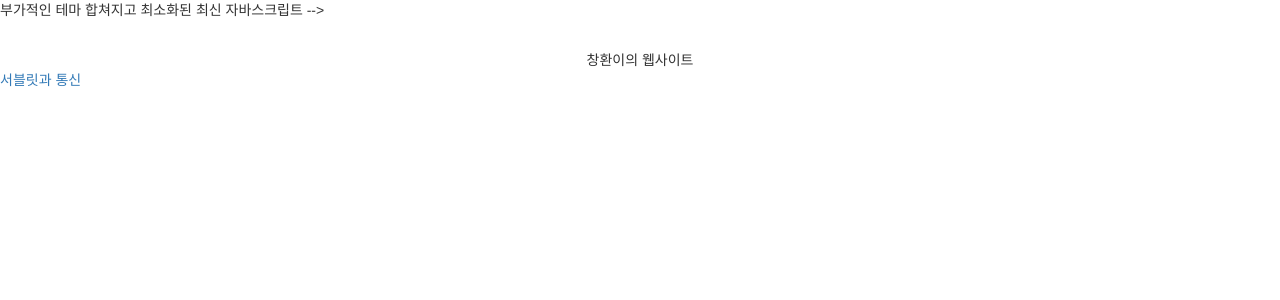
Repository: nohchanghwan/Java_study
Page: sampleWEB1/build/classes/greeting.html
The author's editor kept a copy of each file at every save. The page is drawn from the files as they stood at one save, then again after the next save.
The browser window is 1280 px wide. The pictures show the whole page.

Above is the page before, as saved 2017-07-21 03:10:50.
Console error (its wording comes from the project's code and is left out).

After the next save:
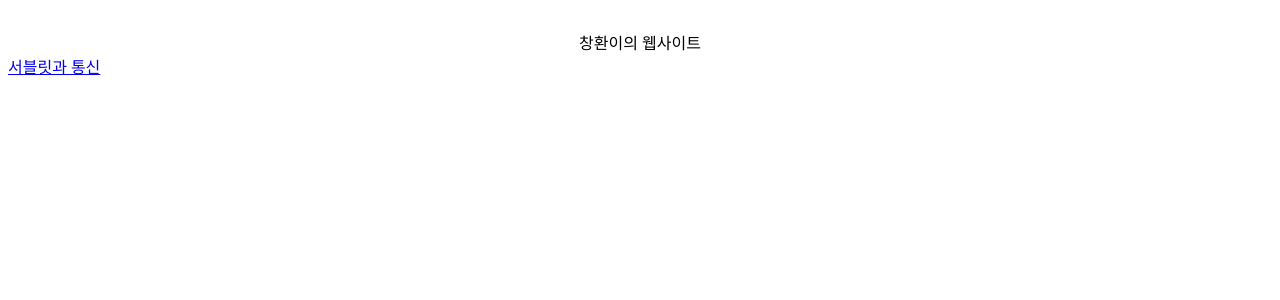
The error is gone.
Saved 6 s later.
--- a/sampleWEB1/build/classes/greeting.html
+++ b/sampleWEB1/build/classes/greeting.html
@@ -4,15 +4,7 @@
 <head>
 <meta charset="EUC-KR">
 <title>Insert title here</title>
-<!-- <!-- 합쳐지고 최소화된 최신 CSS -->
-<link rel="stylesheet" href="https://maxcdn.bootstrapcdn.com/bootstrap/3.3.2/css/bootstrap.min.css">
 
-부가적인 테마
-<link rel="stylesheet" href="https://maxcdn.bootstrapcdn.com/bootstrap/3.3.2/css/bootstrap-theme.min.css">
-
-합쳐지고 최소화된 최신 자바스크립트
-<script src="https://maxcdn.bootstrapcdn.com/bootstrap/3.3.2/js/bootstrap.min.js"></script>
- --></head>
 
 <body>
 	<div align="center" style="margin-top:30px">
